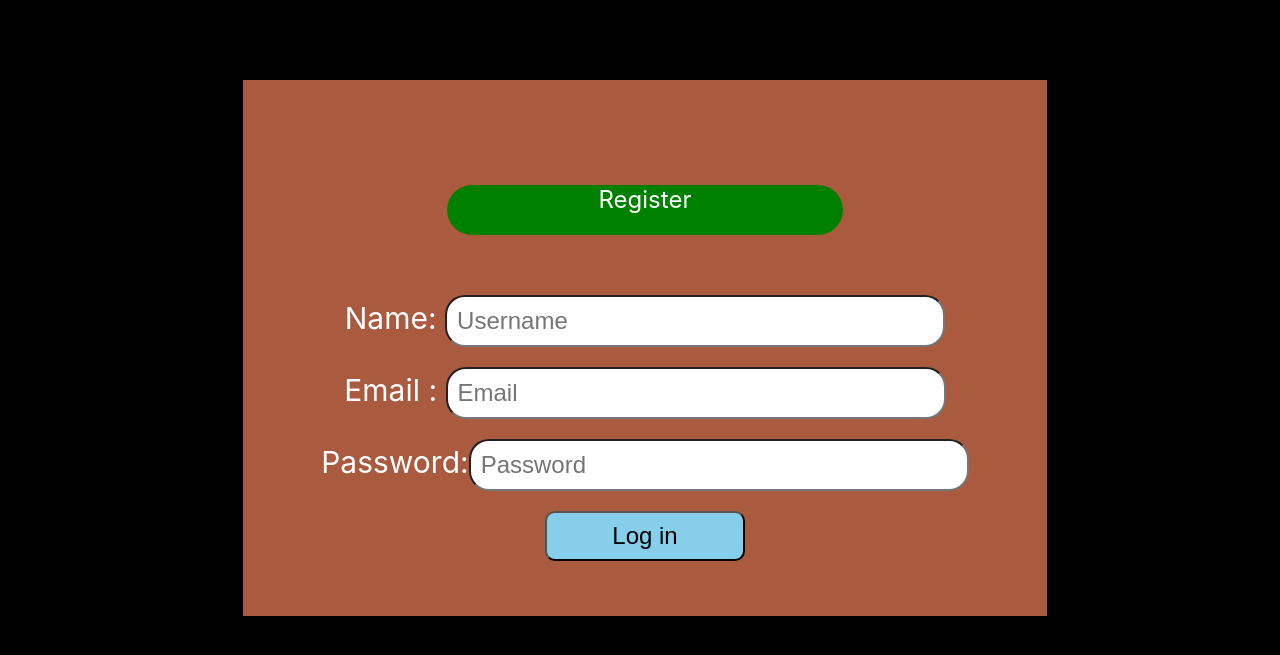
Repository: abhaysharma20233009/swiftKey
Page: /login (app in frontend/my-app/)
These files come from the project's save history. The page is drawn as it stood at one moment and after the next save; the edit follows.
The browser window is 1280 px wide. The pictures show the whole page.
The project was rebuilt for these pictures with package versions that can differ from the ones it lists, and the page was loaded fresh each time. Also part of the build but not shown: frontend/my-app/src/Swifts.js, frontend/my-app/src/Results.js.

Above is the page before, as saved 2024-10-10 20:11:42.

After the next save:
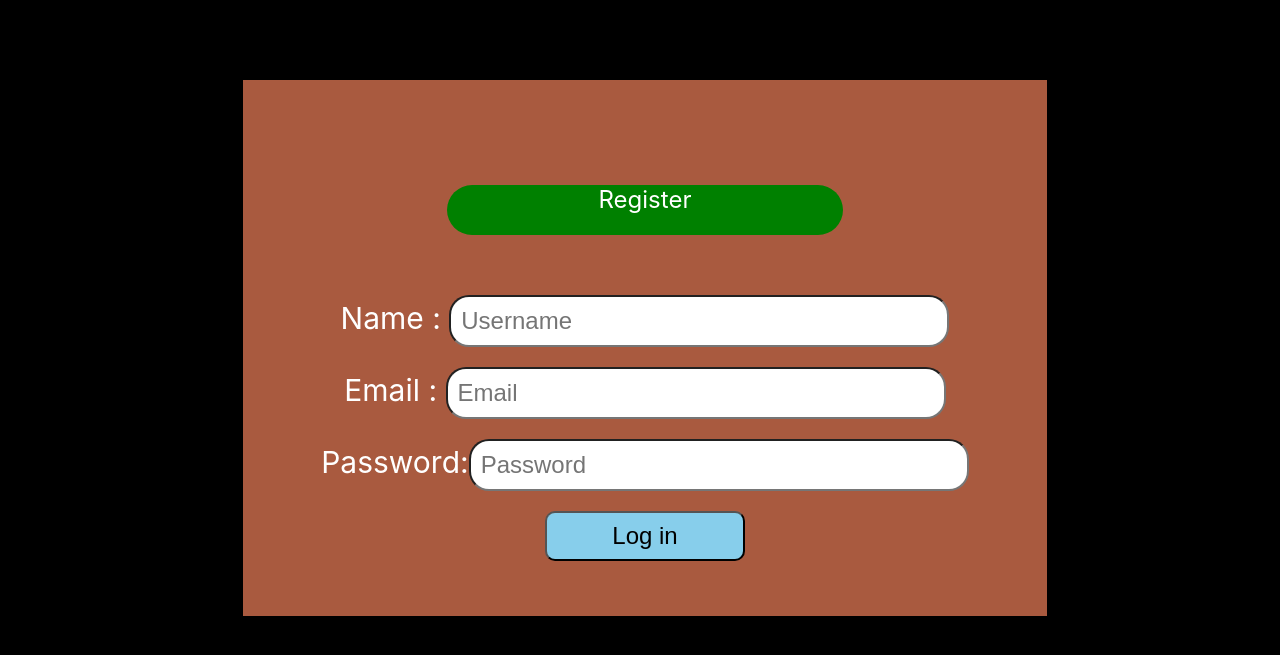
Saved 10 s later.
--- a/frontend/my-app/src/Login.js
+++ b/frontend/my-app/src/Login.js
@@ -53,7 +53,7 @@ const Login = () => {
 
             <form className ="form">
             <div  className='hea'>Register</div>
-               Name:   <input
+               Name :   <input
                     className="in"
                     type="text"
                     placeholder="Username"
